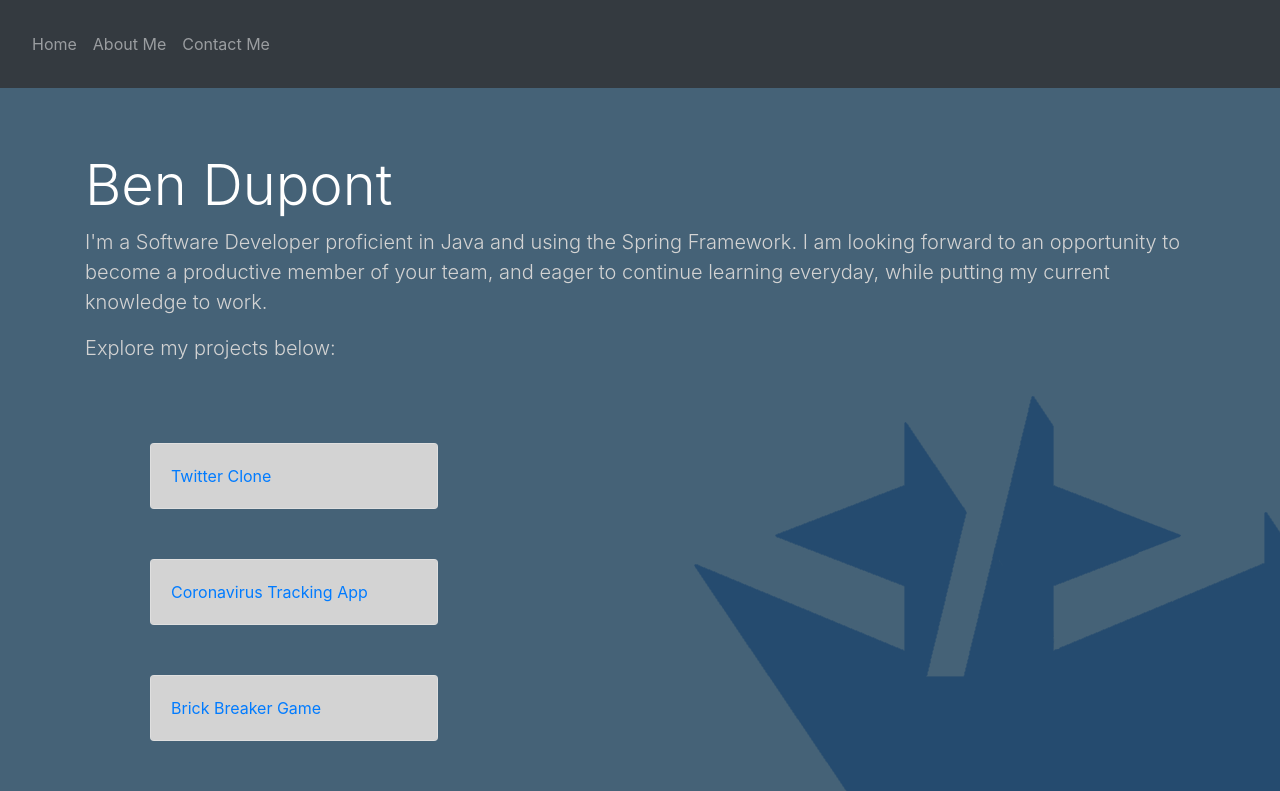
Repository: dupbd/portfolioWebPage
Page: BensSite/src/main/resources/static/index.html
An editor plug-in stored every save of this project. The page is shown before and after the next save, followed by the edit.
The browser window is 1280 px wide. The pictures show the whole page.
Some web libraries are served in a nearby version.

Above is the page before, as saved 2021-03-10 01:03:34.

After the next save:
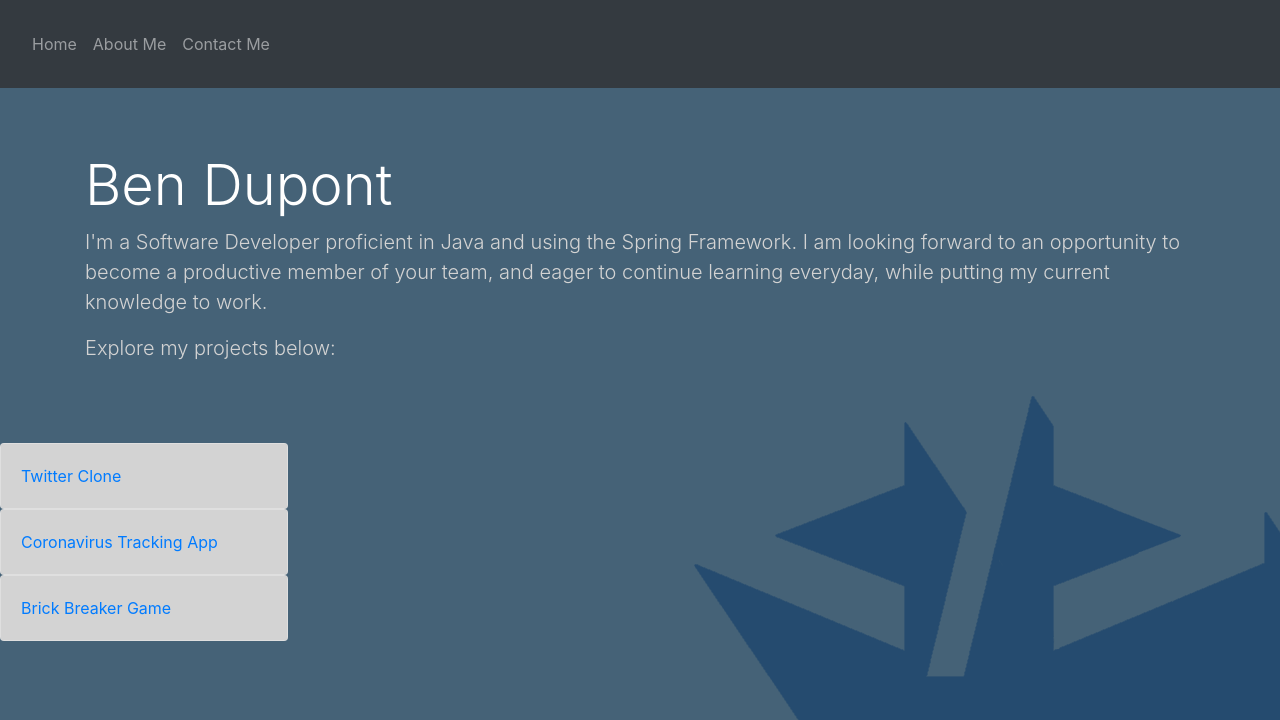
Saved 13 s later.
--- a/BensSite/src/main/resources/static/style.css
+++ b/BensSite/src/main/resources/static/style.css
@@ -1,9 +1,7 @@
 
 
 .card {
-	margin-left: 150px;
-	margin-top: 0px;
-	margin-bottom: 50px;
+
 	}
 
 collapse navbar-collapse {
